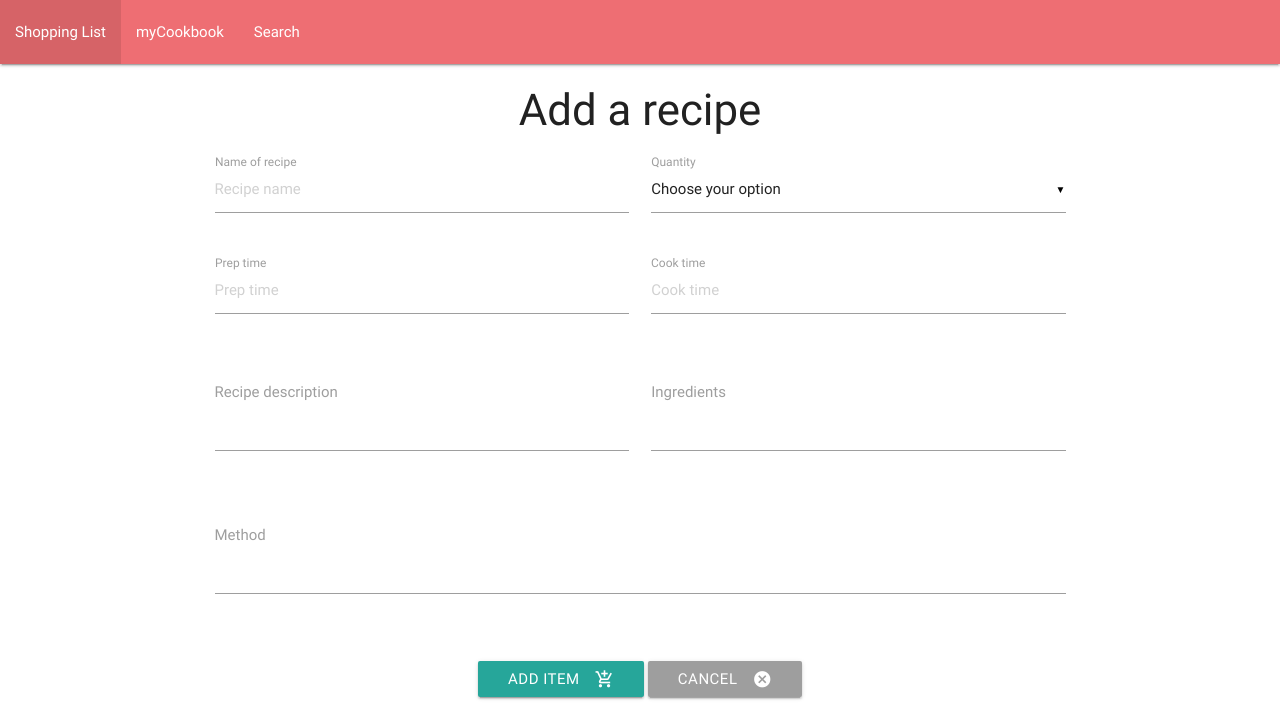
Repository: Code-Institute-Submissions/myCookbook-3
Page: templates/add_recipe.html
The author's editor kept a record of every edit. The page is drawn from the files as they stood at one moment, then again after the next edit.
The browser window is 1280 px wide. The pictures show the whole page.
Some web libraries are served in a nearby version. The page is served by the project's application, run on Flask 3 (app.py). The template is opened directly, without the code that normally fills it, so the values that code supplies are empty.

Above is the page before.
Console error: TypeError: Cannot read properties of null (reading 'addEventListener')

### templates/add_recipe.html
{% extends 'base.html' %} {% block content %}

<div class="container">
<h3 class="center">Add a recipe</h3>
<div class="row">
    <form action="#" method="POST" class="col s12">
        <div class="row">
        <div class="input-field col s6">
            <!--<i class="material-icons prefix">add_shopping_cart</i>-->
            <input placeholder="Recipe name" id="recipe_name" name="recipe_name" type="text" class="validate">
            <label for="recipe_name">Name of recipe</label>
        </div>
        <div class="input-field col s6">
            <select id="quantity" name="item_quantity">
              <option value="" disabled selected>Choose your option</option>
              <option value="1">1</option>
              <option value="2">2</option>
              <option value="3">3</option>
              <option value="4">4</option>
              <option value="5">5</option>
              <option value="6">6</option>
              <option value="7">7</option>
              <option value="8">8</option>
              <option value="9">9</option>
            </select>
            <label>Quantity</label>
        </div>
      </div>
      <div class="row">
        <div class="input-field col s6">
          <input placeholder="Prep time" id="prep_time" name="prep_time" type="text" class="validate">
            <label for="prep_time">Prep time</label>
        </div>
        <div class="input-field col s6">
          <input placeholder="Cook time" id="cook_time" name="cook_time" type="text" class="validate">
            <label for="cook_time">Cook time</label>
        </div>
      </div>
      <div class="row">
        <div class="input-field col s6">
            <textarea id="recipe_desc" name="recipe_desc" class="materialize-textarea"></textarea>
            <label for="recipe_desc">Recipe description</label>
        </div>
        <div class="input-field col s6">
            <textarea id="ingredients" name="ingredients" class="materialize-textarea"></textarea>
            <label for="ingredients">Ingredients</label>
        </div>
      </div>
      <div class="row">
            <div class="input-field col s12">
            <textarea id="method" name="method" class="materialize-textarea"></textarea>
            <label for="method">Method</label>
        </div>
      </div>
</div>
<div class="row add_can_btns">
            <button class="btn waves-effect waves-light" type="submit" name="action">Add Item
    <i class="material-icons right">add_shopping_cart</i>
  </button>
  <a href="{{ url_for('get_shopping') }}" class="waves-effect waves-light btn grey">
                <i class="material-icons right">cancel</i>Cancel
            </a>
        </div>


</div>


{% endblock %}

### templates/base.html
<!DOCTYPE html>
<html lang="en">
<head>
    <meta charset="UTF-8">
    <meta name="viewport" content="width=device-width, initial-scale=1.0">
    <meta http-equiv="X-UA-Compatible" content="ie=edge">
    <title>myCookbook</title>
    <link href="https://fonts.googleapis.com/icon?family=Material+Icons" rel="stylesheet">
    <!-- Materialize css -->
    <link rel="stylesheet" href="https://cdnjs.cloudflare.com/ajax/libs/materialize/0.100.2/css/materialize.min.css">
    <link rel="stylesheet" href="{{ url_for('static', filename='styles.css') }}" type="text/css" />
</head>
<body>
    <nav>
    <div class="nav-wrapper">

      <!--<ul id="nav-mobile" class="center hide-on-med-and-down">-->
      <ul id="nav-mobile main-nav">
        <li><a href="{{ url_for('get_shopping') }}">Shopping List</a></li>
        <li><a href="{{ url_for('get_recipes') }}">myCookbook</a></li>
        <li><a href="#">Search</a></li>
      </ul>
    </div>
  </nav>
    {% block content %}
    {% endblock %}

    <script src="https://cdnjs.cloudflare.com/ajax/libs/jquery/3.2.1/jquery.min.js"></script>
    <script src="https://cdnjs.cloudflare.com/ajax/libs/materialize/0.100.2/js/materialize.min.js"></script>
    <script type="text/javascript">
        $(document).ready(function() {
            $('.collapsible').collapsible();
            $('select').material_select();
        });
        $('.datepicker').pickadate({
            selectMonths: true, // Creates a dropdown to control month
            selectYears: 15, // Creates a dropdown of 15 years to control year,
            today: 'Today',
            clear: 'Clear',
            close: 'Ok',
            closeOnSelect: false // Close upon selecting a date,
        });

      document.getElementById("matfix").addEventListener("click", function(e) {
	e.stopPropagation();
});
  </script>

</body>
</html>

### app.py
import os
from flask import Flask, render_template, redirect, request, url_for
from flask_pymongo import PyMongo
from bson.objectid import ObjectId

app = Flask(__name__)
app.config["MONGO_URI"] = os.getenv("MONGO_URI")
app.config["MONGO_DBNAME"] = 'myCookbook'


mongo = PyMongo(app)


@app.route('/')
@app.route('/get_shopping')
def get_shopping():
    return render_template("shoppinglist.html", shoppinglist=mongo.db.shoppinglist.find())

@app.route('/get_recipes')
def get_recipes():
    return render_template("recipes.html", recipe=mongo.db.recipes.find())

@app.route('/get_full_recipe')
def get_full_recipe():
    return render_template("full_recipe.html", recipe=mongo.db.recipes.find())

@app.route('/add_item')
def add_item():
    return render_template("additem.html")

@app.route('/add_recipe')
def add_recipe():
    return render_template("add_recipe.html")

@app.route('/insert_item', methods=['POST'])
def insert_item():
    items = mongo.db.shoppinglist
    items.insert_one(request.form.to_dict())
    return redirect(url_for('get_shopping'))

@app.route('/insert_recipe', methods=['POST'])
def insert_recipe():
    recipes = mongo.db.recipes
    recipes.insert_one(request.form.to_dict())
    return redirect(url_for('get_recipes'))

@app.route('/edit_item/<item_id>')
def edit_item(item_id):
    the_item = mongo.db.shoppinglist.find_one({"_id": ObjectId(item_id)})
    return render_template("edititem.html", item=the_item)

@app.route('/delete_item/<item_id>')
def delete_item(item_id):
    mongo.db.shoppinglist.remove({'_id':ObjectId(item_id)})
    return redirect(url_for('get_shopping'))

@app.route('/update_item/<item_id>', methods=["POST"])
def update_item(item_id):
    items = mongo.db.shoppinglist
    items.update( {'_id': ObjectId(item_id)},
    {
        'item_name':request.form.get('item_name'),
        'item_quantity':request.form.get('item_quantity'),
        'item_info': request.form.get('item_info')
    })
    return redirect(url_for('get_shopping'))




if __name__ == '__main__':
    app.run(host=os.environ.get('IP'),
            port=int(os.environ.get('PORT')),
            debug=True)

### static/styles.css
.container .row {
    margin-left: auto;
    margin-right: auto;
}

.row .col.s9 {
    margin-left: 0;
}

.btn_small {
    height: 24px;
    width: 60px;
    line-height: 24px;
    margin: 5px 5px;
    padding: 0 0.5em;
}

.item_header {
    margin-top: 5px;
    padding-left: 25%;
    font-size: 20px;
}

.recipe_header {
    font-size: 20px;
    margin-left: 0;
}

.fullrec_header {
    margin-top: 30px;
}

.recipe_img {
    height: 200px;
    width: 240px;
    border-radius: 25px;
}

.img_resize {
    width:50%;
    height: auto;
    border-radius: 12%;
}

#veggie {
    height:30px;
    width: auto;
}

.btn-remove {
    width: 80px;
}

.recipe_buttons {
    margin-bottom: 30px;
}

#main-nav {
    font-size: 24px;
}

.nav-wrapper {
    text-align: center;
}

.edit-btn {
    text-align: right;
    padding-left:10px;
}

#shopping-header {
    text-align: center;
}

.add_can_btns {
    text-align: center;
}

#prep_para {
    margin-top: 0;
}

After the next edit:
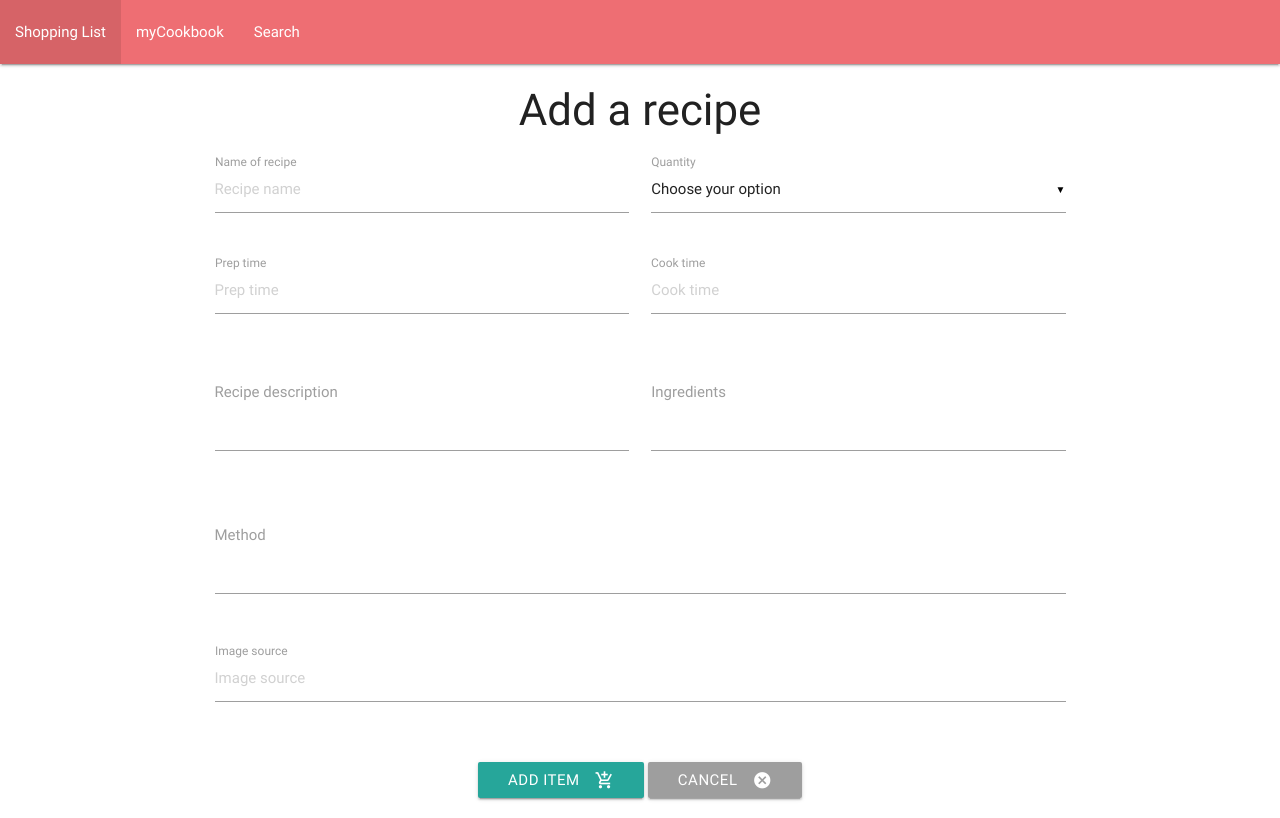
The edit:
--- a/templates/add_recipe.html
+++ b/templates/add_recipe.html
@@ -52,6 +52,12 @@
             <label for="method">Method</label>
         </div>
       </div>
+      <div class="row">
+        <div class="input-field col s12">
+          <input placeholder="Image source" id="image" name="image" type="text" class="validate">
+            <label for="image">Image source</label>
+        </div>
+      </div>
 </div>
 <div class="row add_can_btns">
             <button class="btn waves-effect waves-light" type="submit" name="action">Add Item
